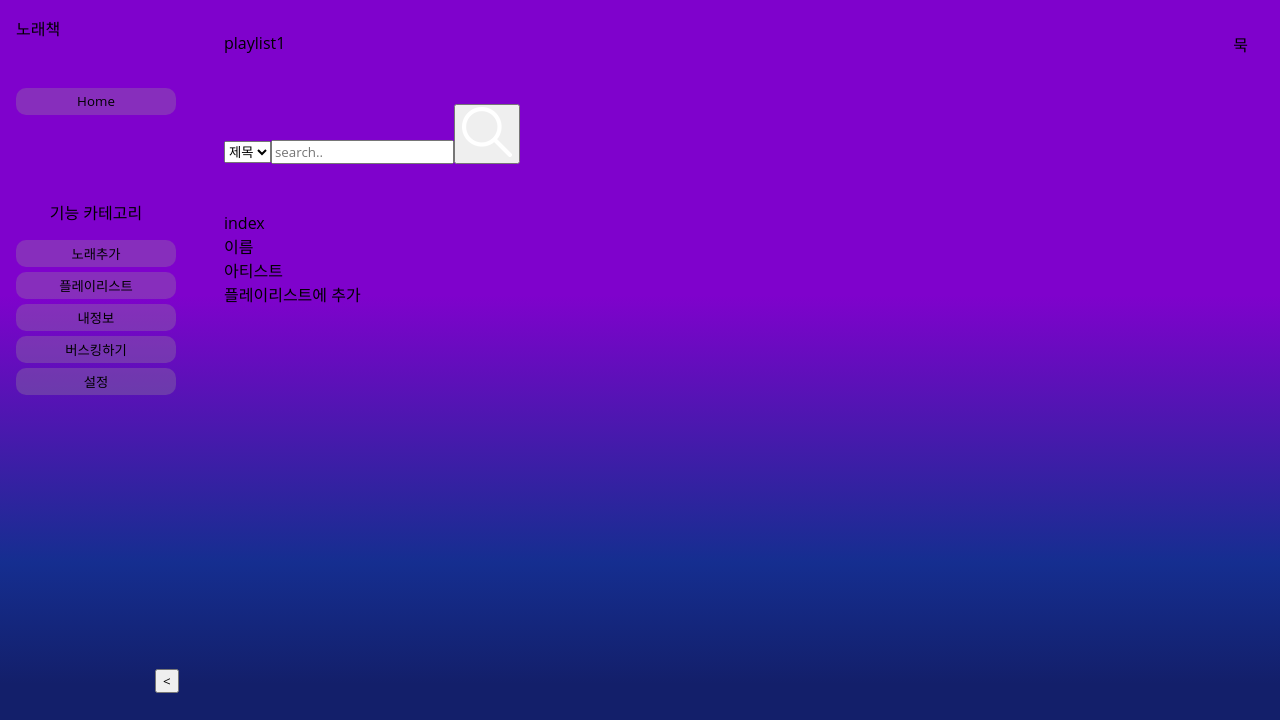
Repository: Unique0902/busking
Page: /app/add
These files come from the project's save history. The page is drawn as it stood at one moment and after the next save; the edit follows.
The browser window is 1280 px wide. The pictures show the whole page.
The page's requests for data from a server got no answer. The project was rebuilt for these pictures with package versions that can differ from the ones it lists, and the page was loaded fresh each time. No one was signed in, and anything a server would have sent is missing. Also part of the build but not shown: src/routes/login/login.module.css, src/components/login_header/login_nav.module.css, src/components/login_header/login_nav.jsx, src/components/app_description/app_description.module.css, src/components/app_description/app_description.jsx, src/routes/login/login.jsx, src/routes/app/app_home/app_home.module.css, src/routes/app/app_home/app_home.jsx and 8 more.

Above is the page before, as saved 2022-08-30 14:28:05.

After the next save:
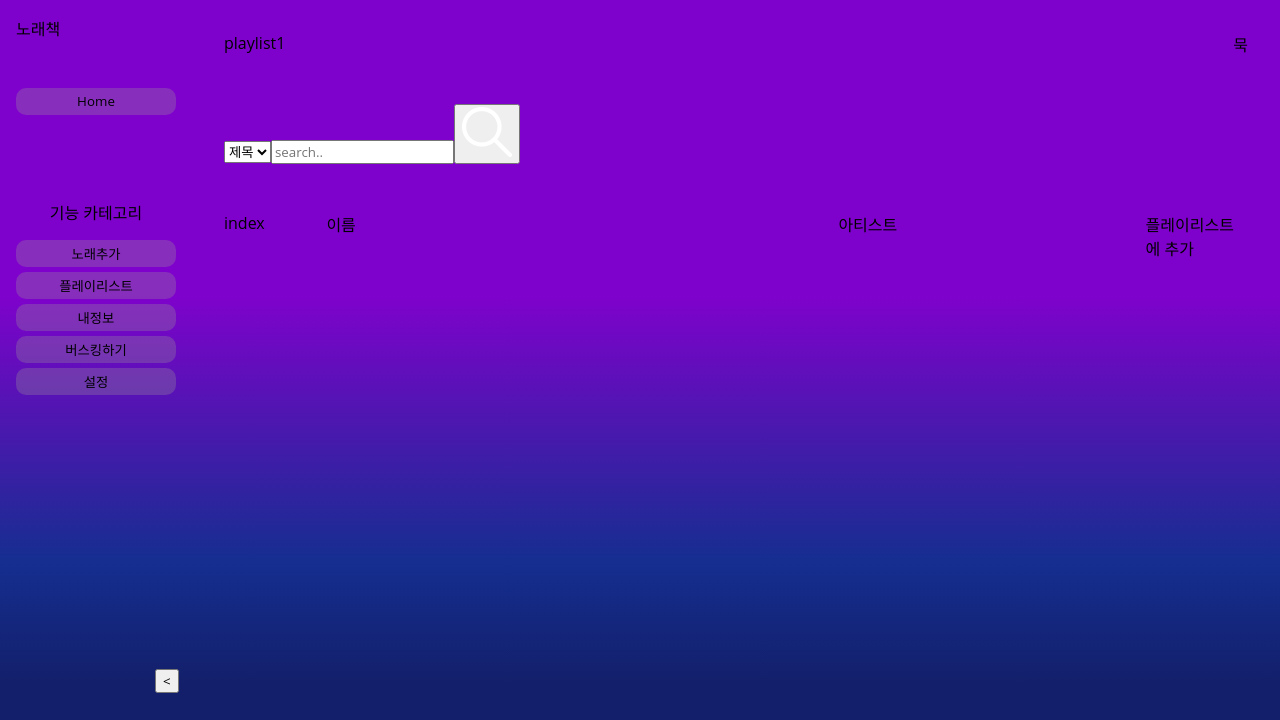
Saved 42 s later.
--- a/src/routes/app/app_add/app_add.module.css
+++ b/src/routes/app/app_add/app_add.module.css
@@ -5,3 +5,20 @@
 .searchBar {
   margin-bottom: 2em;
 }
+.description {
+  display: flex;
+  flex-direction: row;
+  justify-content: space-between;
+}
+.index {
+  flex-basis: 10%;
+}
+.name {
+  flex-basis: 50%;
+}
+.artist {
+  flex-basis: 30%;
+}
+.btn {
+  flex-basis: 10%;
+}
